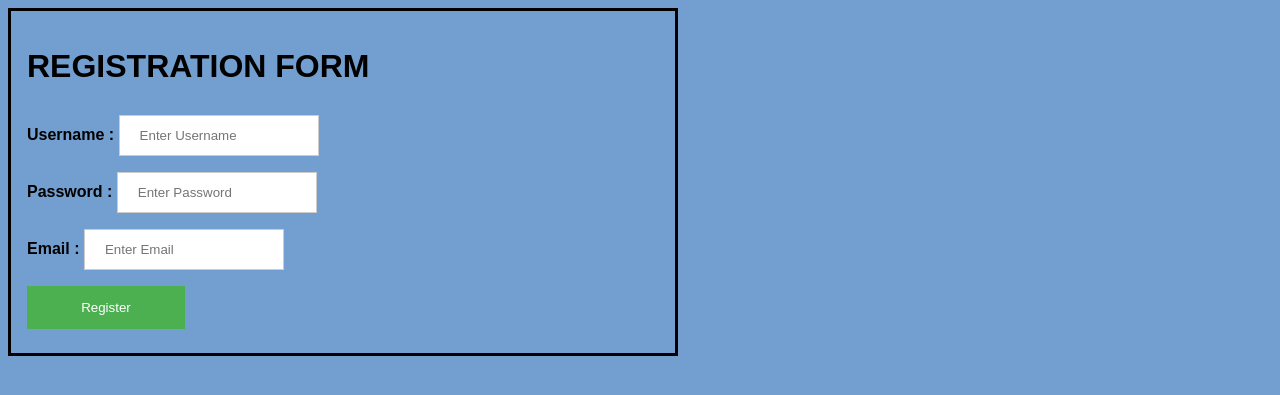
Repository: mugdha97/JSPServlet
Page: http://localhost/loginPage/register.jsp
An editor plug-in stored every save of this project. The page is shown before and after the next save, followed by the edit.
The browser window is 1280 px wide. The pictures show the whole page.
The page is served by Tomcat 9. Other server files are loaded and not shown.

Above is the page before, as saved 2019-10-22 07:00:51.

### loginPage/WebContent/register.jsp
<%@ page language="java" contentType="text/html; charset=UTF-8"
    pageEncoding="UTF-8"%>
<!DOCTYPE html>
<html>
<head>
<meta charset="UTF-8">
<title>Insert title here</title>
<link rel="stylesheet" href="login.css"> <!-- add css files -->
</head>
</head>
<body>

<div class="container">
<form action="Register" method="post">
		<div><h1> REGISTRATION FORM</h1></div>
      <label for="uname"><b>Username : </b></label>
      <input type="text" placeholder="Enter Username" name="name" required><br>

      <label for="psw"><b>Password : </b></label>
      <input type="password" placeholder="Enter Password" name="password" required><br>

	  <label for="mail"><b>Email : </b></label>
	  <input type="text" placeholder="Enter Email" name="email" pattern="[a-z0-9._%+-]+@[a-z0-9.-]+\.[a-z]{2,4}$" required><br>

      <button type="submit"value="Register">Register</button>

     </form>
    </div>
</body>
</html>

### loginPage/WebContent/login.css
body {font-family: Arial, Helvetica, sans-serif;
 background-color: #729fcf;}

/* Full-width input fields */
input[type=text], input[type=password] {
  width: 25%;
  padding: 12px 20px;
  margin: 8px 0;
  display: inline-block;
  border: 1px solid #ccc;

}

/* Set a style for all buttons */
button {
  background-color: #4CAF50;
  color: white;
  padding: 14px 20px;
  margin: 8px 0;
  border: none;
  cursor: pointer;
  width: 25%;
}

button:hover {
  opacity: 0.8;
}

/* Extra styles for the cancel button */


.container {
  padding: 16px;
 border-style: solid;
 width:50%;
}

span.psw {
  float: right;
  padding-top: 16px;
}

/* The Modal (background) */
.modal {
  display: none; /* Hidden by default */
  position: fixed; /* Stay in place */
  z-index: 1; /* Sit on top */
  left: 0;
  top: 0;
  width: 100%; /* Full width */
  height: 100%; /* Full height */
  overflow: auto; /* Enable scroll if needed */
  background-color: rgb(0,0,0); /* Fallback color */
  background-color: rgba(0,0,0,0.4); /* Black w/ opacity */
  padding-top: 60px;
}

/* Modal Content/Box */
.modal-content {
  background-color: #fefefe;
  margin: 5% auto 15% auto; /* 5% from the top, 15% from the bottom and centered */
  border: 1px solid #888;
  width: 80%; /* Could be more or less, depending on screen size */
}

/* The Close Button (x) */
.close {
  position: absolute;
  right: 25px;
  top: 0;
  color: #000;
  font-size: 35px;
  font-weight: bold;
}

.close:hover,
.close:focus {
  color: red;
  cursor: pointer;
}

After the next save:
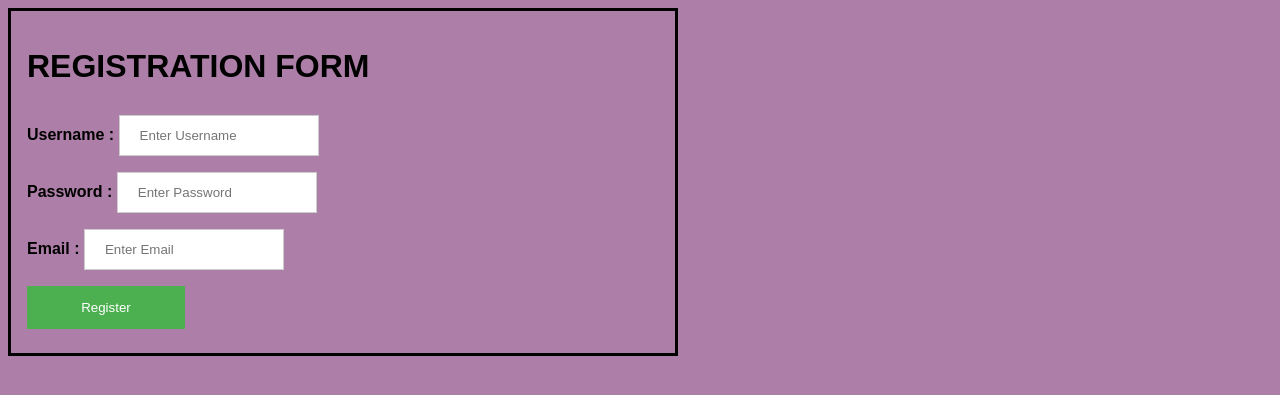
Saved 40 s later.
--- a/loginPage/WebContent/login.css
+++ b/loginPage/WebContent/login.css
@@ -1,5 +1,5 @@
 body {font-family: Arial, Helvetica, sans-serif;
- background-color: #729fcf;}
+ background-color: #ad7fa8;}
 
 /* Full-width input fields */
 input[type=text], input[type=password] {
